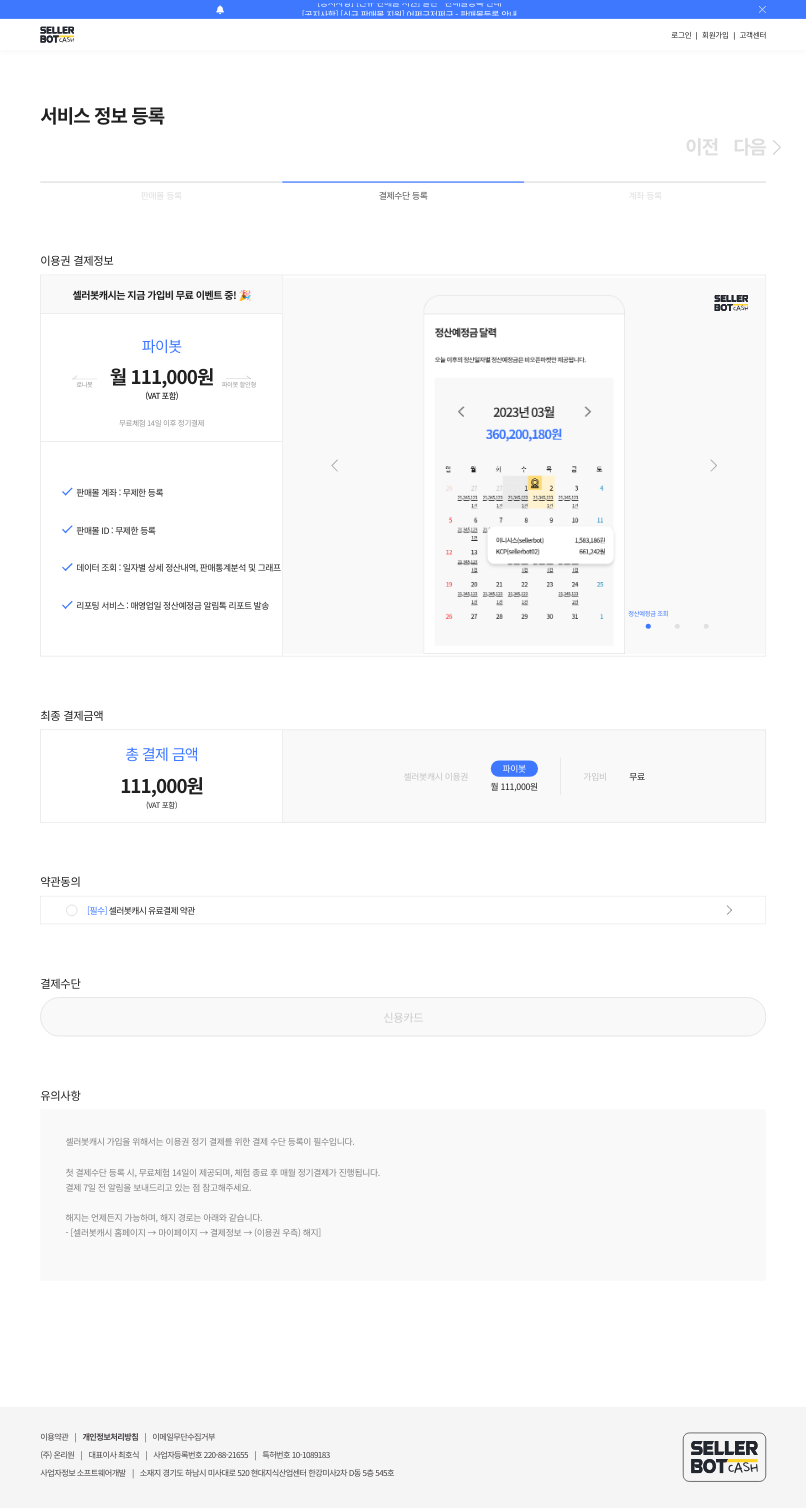
Repository: elemapfelr/ownServer
Page: test-server/web/sellerbot_signup/step_06.html
These files come from the project's save history. The page is drawn as it stood at one moment and after the next save; the edit follows.
The browser window is 1280 px wide. The pictures show the whole page, at 63% of full size.
Some web libraries are served in a nearby version. The style sheet was rebuilt from its Sass, Less or Tailwind sources for each picture, by a compiler version that may differ from the author's.

Above is the page before, as saved 2023-03-20 14:47:41.

### test-server/web/sellerbot_signup/step_06.html
<!DOCTYPE html>
<html lang="ko">

<head>
	<meta charset="UTF-8">
	<meta http-equiv="X-UA-Compatible" content="IE=edge">
	<meta name="viewport" content="width=device-width, initial-scale=1.0">
	<title>셀러봇캐시 회원가입</title>
	<link rel="stylesheet" href="./css/step_06.css">
	<script type="module" src="./js/common.js" defer></script>
	<script type="module" src="./js/step_06.js" defer></script>
	<script src="https://kit.fontawesome.com/133e10f389.js" crossorigin="anonymous"></script>
</head>

<body>
	<header>
		<div class="top">
			<div class="notification">
				<div class="text">
					<i class="fa-solid fa-bell"></i>
					<div class="notiWrap">
						<ul>
							<li>[공지사항] [신규 판매몰 지원] 발란 - 판매몰등록 안내</li>
							<li>[공지사항] [신규 판매몰 지원] 어쩌구저쩌구 - 판매몰등록 안내</li>
							<li>[공지사항] [신규 판매몰 지원] WIZWID - 판매몰등록 안내</li>
							<li>[공지사항] [신규 판매몰 지원] 29CM - 판매몰등록 안내</li>
						</ul>
					</div>
				</div>
				<button id="closeHeaderNoti"><img src="./img/xmark.svg" alt="xmark"></button>
			</div>
		</div>
		<div class="bottom">
			<div class="logo"><img src="./img/sellerbotLogo.svg" alt="sellerbot"></div>
			<div class="right">
				<button>로그인</button>
				<span></span>
				<button>회원가입</button>
				<span></span>
				<button>고객센터</button>
			</div>
		</div>
	</header>
	<main>
		<section>
			<button class="fixed2" id="prevStep">
				<span>이전</span>
			</button>
			<button class="fixed _70" id="nextStep">
				<span>다음</span>
				<img src="./img/rightArrow.svg" />
			</button>
			<article id="top">
				<div class="title">
					<h1>서비스 정보 등록</h1>
				</div>
				<div class="processBar">
					<div class="first step">
						<span class="line"></span>
						<p>판매몰 등록</p>
					</div>
					<div class="second step active">
						<span class="line"></span>
						<p>결제수단 등록</p>
					</div>
					<div class="third step">
						<span class="line"></span>
						<p>계좌 등록</p>
					</div>
				</div>
			</article>
			<article id="payInfo">
				<h2>이용권 결제정보</h2>
				<div class="flexBox">
					<div class="left">
						<div class="top">
							<h5>셀러봇캐시는 지금 가입비 무료 이벤트 중! 🎉</h5>
						</div>
						<div class="ticket_gallery">
							<ul>
								<li class="items">
									<div class="center">
										<h5 id="ticketName">파이봇</h5>
										<div class="flex">
											<div id="prevTicket" class="leftArrow">
												<img src="./img/step_05_rightArrow.svg" alt="left">
												<p id="prevTicketName">로니봇</p>
											</div>
											<div class="mid">
												<h4 id="ticketPrice">월 111,000원</h4>
												<small>(VAT 포함)</small>
											</div>
											<div id="nextTicket" class="rightArrow">
												<img src="./img/step_05_rightArrow.svg" alt="right">
												<p id="nextTicketName">파이봇 할인형</p>
											</div>
										</div>
										<span>무료체험 14일 이후 정기결제</span>
									</div>
									<div class="bottom">
										<div class="row">
											<span class="check"></span>
											<p>판매몰 계좌 : <mall-acc>무제한 등록</mall-acc>
											</p>
										</div>
										<div class="row">
											<span class="check"></span>
											<p>판매몰 ID : <mall-id>무제한 등록</mall-id>
											</p>
										</div>
										<div class="row">
											<span class="check"></span>
											<p>데이터 조회 : 일자별 상세 정산내역, 판매통계분석 및 그래프</p>
										</div>
										<div class="row">
											<span class="check"></span>
											<p>리포팅 서비스 : 매영업일 정산예정금 알림톡 리포트 발송</p>
										</div>
									</div>
								</li>
							</ul>
						</div>
					</div>
					<div class="right">
						<img class="logo" src="./img/sellerbotLogo.svg" alt="sellerbot">
						<div class="gallery">
							<ul>
								<li>
									<img src="./img/step_06_img_01.png" alt="01">
								</li>
								<li>
									<img src="./img/step_06_img_02.png" alt="02">
								</li>
								<li>
									<img src="./img/step_06_img_03.png" alt="03">
								</li>
							</ul>
						</div>
						<div class="arrowBtns">
							<div id="galleryLeft"><img src="./img/rightArrow.svg" alt="leftArrow"></div>
							<div id="galleryRight"><img src="./img/rightArrow.svg" alt="rightArrow"></div>
						</div>
						<ul class="bottomUl">
							<li class="active" data-text="정산예정금 조회"></li>
							<li data-text="판매 분석"></li>
							<li data-text="리포팅 서비스"></li>
						</ul>
					</div>
				</div>
			</article>
			<article id="totalPay">
				<h2>최종 결제금액</h2>
				<div class="flexBox">
					<div class="left">
						<h5>총 결제 금액</h5>
						<h4>111,000원</h4>
						<small>(VAT 포함)</small>
					</div>
					<div class="right">
						<div class="content">
							<p class="gray">셀러봇캐시 이용권</p>
							<div class="box">
								<div class="blue">파이봇</div>
								<p>월 111,000원</p>
							</div>
							<span class="line"></span>
							<p class="gray">가입비</p>
							<p>무료</p>
						</div>
					</div>
				</div>
			</article>
			<article id="terms">
				<h2>약관동의</h2>
				<div class="accordion">
					<div class="title">
						<div class="left">
							<div class="checkBoxDiv">
								<input type="checkbox" id="terms_01" class="chkBox">
								<label class="checkBox" for="terms_01"></label>
								<label class="text" for="terms_01" style="color:black;"></label>
							</div>
							<p class="text_checkBox"><b>[필수]</b> 셀러봇캐시 유료결제 약관</p>
						</div>
						<span><img src="./img/right-chevron.png" alt="right-chevron"></span>
					</div>
					<div class="panel">
						<div class="paddingBox">
							<pre id="termContent"></pre>
						</div>
					</div>
				</div>
			</article>
			<article id="payment">
				<h2>결제수단</h2>
				<button id="creditCard">신용카드</button>
			</article>
			<article id="caution">
				<h2>유의사항</h2>
				<div class="grayBox">
					<pre>셀러봇캐시 가입을 위해서는 이용권 정기 결제를 위한 결제 수단 등록이 필수입니다.

첫 결제수단 등록 시, 무료체험 14일이 제공되며, 체험 종료 후 매월 정기결제가 진행됩니다.
결제 7일 전 알림을 보내드리고 있는 점 참고해주세요.

해지는 언제든지 가능하며, 해지 경로는 아래와 같습니다.
- [셀러봇캐시 홈페이지 → 마이페이지 → 결제정보 → (이용권 우측) 해지]
                    </pre>
				</div>
			</article>
		</section>
	</main>
	<footer>
		<div class="footerWrap">
			<div class="left">
				<div class="row">
					<p class="footerTerms" id="footer_term_1">이용약관</p>
					<span>|</span>
					<p class="footerTerms" id="footer_term_2"><b>개인정보처리방침</b></p>
					<span>|</span>
					<p class="footerTerms" id="footer_term_3">이메일무단수집거부</p>
				</div>
				<div class="row flexWrap">
					<p>(주) 온리원</p>
					<span>|</span>
					<p>대표이사 최호식</p>
					<span>|</span>
					<p>사업자등록번호 220-88-21655</p>
					<span>|</span>
					<p>특허번호 10-1089183</p>
				</div>
				<div class="row flexWrap">
					<p>사업자정보 소프트웨어개발</p>
					<span>|</span>
					<p>소재지 경기도 하남시 미사대로 520 현대지식산업센터 한강미사2차 D동 5층 545호</p>
				</div>
			</div>
			<div class="right">
				<img src="./img/sellerbotLogo.svg" alt="sellerbot">
			</div>
		</div>
	</footer>
	<div class="bottomSticky">
		<div class="title">
			<div class="left">
				<div class="checkBoxDiv">
					<input type="checkbox" id="terms_01_1" class="chkBox">
					<label class="checkBox" for="terms_01_1"></label>
					<label class="text" for="terms_01_1" style="color:black;"></label>
				</div>
				<p class="text_checkBox"><b>[필수]</b> 셀러봇캐시 유료결제 약관</p>
			</div>
			<span>자세히보기</span>
		</div>
	</div>
</body>

</html>

### test-server/web/sellerbot_signup/css/scss/_common.scss
@charset "utf-8";
@import url('https://fonts.googleapis.com/css2?family=Noto+Sans+KR:wght@100;300;400;500;700;900&display=swap');

$blue: #3d78ff;

* {
	margin: 0;
	padding: 0;
	font-family: 'Noto Sans KR', sans-serif;
}

html {
	font-size: 16px;
	letter-spacing: -0.98px;
}

html,
body {
	width: 100%;
	height: auto;
}

ol,
ul,
li {
	list-style: none;
}

a {
	text-decoration: none;
	color: #000;
}

img {
	border: 0;
	display: block;
}

header,
main,
footer,
nav,
section,
article,
aside {
	display: block;
}


header {
	width: 100%;
	height: 80px;
	box-shadow: 0 3px 6px 0 rgba(190, 190, 190, 0.16);
	background-color: #fff;
	position: fixed;
	top: 0;
	z-index: 10;

	.top {
		width: 100%;
		height: auto;
		background-color: #3d78ff;
		padding: 5px 0 5px 0;

		// 20230317 수정 여기부터
		.notification {
			width: 90%;
			max-width: 1200px;
			margin: 0 auto;
			display: flex;
			align-items: center;
			justify-content: center;

			.text {
				width: 100%;
				display: flex;
				justify-content: center;
				align-items: center;

				i {
					color: white;
					font-size: 14px;
				}

				.notiWrap {
					width: 50%;
					position: relative;
					height: 20px;
					overflow: hidden;

					ul {
						width: 100%;
						height: auto;
						transition: all .3s;
						position: absolute;
						top: 0;
						left: 0;
					}

					li {
						width: 100%;
						font-size: 14px;
						letter-spacing: -0.53px;
						color: #fff;
						text-align: center;
						margin: 0 10px;
						white-space: nowrap;
						text-overflow: ellipsis;
						overflow: hidden;
					}
				}
			}
			// 20230317 수정 여기까지

			button {
				float: right;
				border: none;
				background: none;
				outline: none;
				filter: invert(100%);
				cursor: pointer;
			}
		}
	}

	.bottom {
		width: 90%;
		max-width: 1200px;
		margin: 0 auto;
		height: 50px;
		display: flex;
		align-items: center;
		justify-content: space-between;

		.right {
			display: flex;
			align-items: center;

			button {
				font-size: 12px;
				letter-spacing: -0.46px;
				color: #202020;
				border: none;
				background: none;
				outline: none;
				cursor: pointer;
			}

			span {
				width: 1px;
				height: 12px;
				background-color: #202020;
				margin: 0 8px;
				margin-top: 4px;
				display: block;
			}
		}
	}

	&.notiClose{
		height: 50px;

		.top{
			display: none;
		}
	}
}

main {
	width: 100%;
	height: auto;

	.fixed2 {
		background: none;
		border: none;
		outline: none;
		position: fixed;
		top: 210px;
		right: calc(5% + 100px);
		display: inline-flex;
		align-items: center;
		cursor: pointer;
		z-index: 1000;

		span {
			font-size: 30px;
			font-weight: bold;
			font-stretch: normal;
			font-style: normal;
			letter-spacing: -1.5px;
			text-align: right;
			color: #dedede;
			margin-bottom: 4px;
		}
	}

	.fixed {
		background: none;
		border: none;
		outline: none;
		position: fixed;
		top: 210px;
		right: 5%;
		display: inline-flex;
		align-items: center;
		z-index: 1000;
		cursor: pointer;

		span {
			font-size: 30px;
			font-weight: bold;
			font-stretch: normal;
			font-style: normal;
			letter-spacing: -1.5px;
			text-align: right;
			color: #dedede;
			margin-bottom: 4px;
		}

		img {
			filter: grayscale(100%) brightness(180%);
		}

		&.active {

			span {
				color: #3d78ff;
			}

			img {
				filter: none;
			}
		}
	}

	section {
		// margin-top: 80px;
		padding-top: 160px;

		article {
			width: 90%;
			max-width: 1200px;
			margin: 0 auto;

			input::placeholder {
				font-size: 12px;
				letter-spacing: -0.84px;
				color: #bbb;
			}
		}
	}
}

article#top {
	.title {
		display: flex;
		align-items: center;

		h1 {
			font-size: 30px;
			font-weight: bold;
			letter-spacing: -1.5px;
			color: #202020;
			margin-bottom: 4px;
		}

		span {
			font-size: 12px;
			font-weight: 500;
			letter-spacing: -0.6px;
			text-align: center;
			color: #3d78ff;
			padding: 4px 18px 5px 18px;
			border: 1px solid #3d78ff;
			border-radius: 20px;
			margin-left: 4px;
			cursor: pointer;
		}
	}

	.processBar {
		margin-top: 80px;
		display: flex;
		align-items: center;
		justify-content: space-between;

		.step {
			width: 33.3333%;

			span {
				width: 100%;
				display: block;
				height: 2px;
				background-color: #dedede;
			}

			p {
				margin-top: 10px;
				text-align: center;
				font-size: 14px;
				font-weight: 500;
				letter-spacing: -0.5px;
				color: #dedede;
			}

			&.active {
				span {
					background-color: $blue;
				}

				p {
					color: #505050;
				}
			}
		}
	}
}

// 20230317 추가 여기부터
footer{
	width: 100%;
	height: auto;
	padding: 37px 0;
	background-color: #f5f5f5;

	.footerWrap{
		width: 90%;
		max-width: 1200px;
		margin: 0 auto;
		display: flex;
		align-items: center;
		justify-content: space-between;

		.left{
			.row{
				margin-bottom: 10px;
				display: flex;
				align-items: center;

				.footerTerms{
					cursor: pointer;
				}

				p, span{
					font-size: 13px;
					font-weight: 500;
					letter-spacing: -0.91px;
					color: #474246;
				}
				span{
					margin: 0 10px;
				}
			}
		}

		.right{
			display: flex;
			align-items: center;
			justify-content: flex-end;

			img{
				width: 106px;
				height: auto;
				padding: 12px;
				border: 1px solid #202020;
				border-radius: 10px;
			}
		}
	}
}
// 20230317 추가 여기까지

.checkBoxDiv {
	transform-origin: left;
	display: inline-flex;
	align-items: center;
	cursor: pointer;

	label.checkBox {
		width: 16px;
		height: 16px;
		border: 1px solid darken(#e8e8e8, 10%);
		border-radius: 13px;
		position: relative;
		transition: cubic-bezier(0.075, 0.82, 0.165, 1) .2s;
		cursor: pointer;
		display: block;
	}

	input.chkBox {
		display: none;

		&:checked+label.checkBox {
			background-color: $blue;
			border: 1px solid $blue;

			&::before {
				content: '';
				position: absolute;
				top: 0px;
				left: 3px;
				width: 9px;
				height: 12px;
				box-shadow: inset 2px 2px white;
				transform: rotate(-135deg);
			}
		}
	}

	label.text {
		margin-left: .2rem;
		font-size: .9rem;
		cursor: pointer;
	}

	&.square {
		label.checkBox {
			width: 15px;
			height: 15px;
			border: 1px solid darken(#e8e8e8, 10%);
			background-color: #fff;
			border-radius: 1px;
			position: relative;
			transition: cubic-bezier(0.075, 0.82, 0.165, 1) .2s;
			cursor: pointer;
			display: block;
		}

		input.chkBox {
			display: none;

			&:checked+label.checkBox {
				background-color: $blue;
				border: 1px solid $blue;

				&::before {
					content: '';
					position: absolute;
					top: -1px;
					left: 2.5px;
					width: 9px;
					height: 12px;
					box-shadow: inset 2px 2px white;
					transform: rotate(-135deg);
				}
			}
		}
	}
}


@media only screen and (max-width: 1400px) {
	main {
		.fixed2 {
			right: 140px;
		}

		.fixed {
			right: 40px;
		}
	}
}

@media only screen and (max-width: 1200px) {

	article#top {
		.title {

			h1 {
				font-size: 26px;
				letter-spacing: -1.3px;
			}
		}

		.processBar {
			margin-top: 60px;

			.step {
				p {
					font-size: 12px;
				}
			}
		}
	}
}

@media only screen and (max-width: 900px) {
	// 20230317 수정 여기부터
	header {
		.top {
			.notification {
				.text {
					i {
						font-size: 14px;
					}
					.notiWrap {
						width: 90%;

						li {
							font-size: 12px;
							line-height: 20px;
						}
					}
				}
			}
		}
	}
	// 20230317 수정 여기까지

	main {
		.fixed2 {
			top: auto;
			left: 0;
			right: auto;
			bottom: 0;
			width: 30%;
			justify-content: center;
			background-color: #f0f0f0;
			z-index: 10;
			padding: 12px 0;

			span {
				display: block;
				text-align: center;
				font-size: 22px;
				color: #cecece;
			}
		}

		.fixed {
			top: auto;
			right: 0;
			bottom: 0;
			width: 100%;
			justify-content: center;
			background-color: #e8e8e8;
			z-index: 10;
			padding: 12px 0;

			&._70 {
				width: 70%;
			}

			span {
				display: block;
				text-align: center;
				font-size: 22px;
				color: #cecece;
			}

			img {
				display: none;
			}

			&.active {
				background-color: #3d78ff;

				span {
					color: white;
				}
			}
		}
	}

	// 20230317 수정 여기부터
	footer{
		padding: 30px 0;
		padding-bottom: 90px;

		.footerWrap{
			width: 100%;
			max-width: 1200px;
			margin: 0 auto;
			display: flex;
			align-items: center;
			justify-content: center;

			.left{
				.row{
					justify-content: space-around;
					margin-bottom: 0;

					p.footerTerms{
						margin-bottom: 10px;
					}

					&.flexWrap{
						flex-wrap: wrap;
						justify-content: center;
						p{
							margin: 0 20px;
							text-align: center;
							margin-bottom: 10px;
						}
					}

					span{
						display: none;
					}
				}
			}

			.right{
				display: none;
			}
		}
	}
	// 20230317 수정 여기까지
}

### test-server/web/sellerbot_signup/css/scss/_modal.scss
.modal {
	position: fixed;
	top: 0;
	left: 0;
	width: 100%;
	height: 100%;
	background-color: transparentize(#202020, .4);
	align-items: center;
	justify-content: center;
	z-index: 10000001;
	overflow: hidden;
	display: flex;
	padding: 0 30px;
	box-sizing: border-box;

	.layerPopup {
		width: fit-content;
		height: auto;
		margin: 0 auto;
		box-sizing: border-box;
		overflow: hidden;
		position: relative;

		.popupHead {
			width: 100%;
			height: 40px;
			display: flex;
			justify-content: right;
			align-items: flex-start;

			button {
				cursor: pointer;
				border: none;
				background: none;

				span {
					font-size: 16px;
					font-weight: 300;
					letter-spacing: -1.12px;
					text-align: left;
					color: #fff;
				}
			}
		}

		.popupBody {
			width: 100%;
			height: auto;
			background-color: white;
			max-height: 70vh;
			overflow-y: auto;
			overflow-x: hidden;

			&::-webkit-scrollbar {
                width: 12px;
                height: 12px;
            }

            &::-webkit-scrollbar-track {
                background-color: #fff;
                border: 1px solid #e2e2e2;
            }

            &::-webkit-scrollbar-thumb {
                background-color: #f2f2f2;
                border: 1px solid #e2e2e2;
            }

			h1{
				font-size: 24px;
				font-weight: bold;
				letter-spacing: -1.92px;
				text-align: center;
				color: #202020;
			}
		}

		.btnBox {
			width: 100%;
			height: auto;
			margin: 0 auto;
			display: flex;
			align-items: center;

			button {
				width: 100%;
				outline: none;
				padding: 15px 0;
				cursor: pointer;
				border: none;
				font-size: 16px;
				font-weight: 500;
				letter-spacing: -1.12px;
				text-align: center;
				color: #2e1e00;
				// background-color: ;
			}
		}
	}
}

Loaded but not shown: test-server/web/sellerbot_signup/js/step_06.js (131 lines, source omitted); test-server/web/sellerbot_signup/js/import/createElement.js (75 lines, source omitted); test-server/web/sellerbot_signup/js/import/modalShow.js (54 lines, source omitted); test-server/web/sellerbot_signup/js/common.js (18 lines, source omitted); test-server/web/sellerbot_signup/css/scss/step_06.scss (674 lines, source omitted)

After the next save:
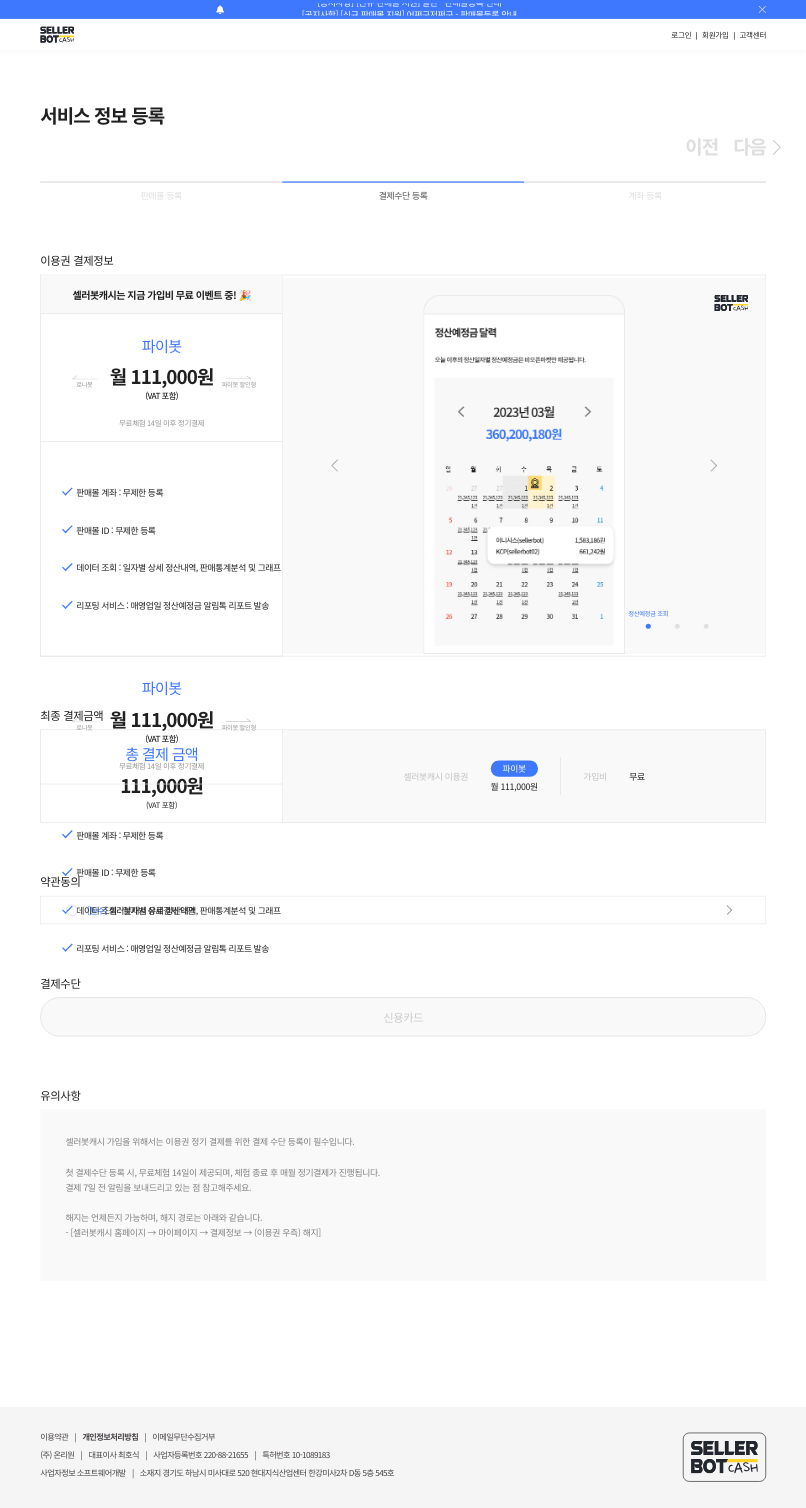
Saved 2 min 3 s later.
--- a/test-server/web/sellerbot_signup/step_06.html
+++ b/test-server/web/sellerbot_signup/step_06.html
@@ -118,6 +118,46 @@
 										</div>
 									</div>
 								</li>
+								<li class="items">
+									<div class="center">
+										<h5 id="ticketName">파이봇</h5>
+										<div class="flex">
+											<div id="prevTicket" class="leftArrow">
+												<img src="./img/step_05_rightArrow.svg" alt="left">
+												<p id="prevTicketName">로니봇</p>
+											</div>
+											<div class="mid">
+												<h4 id="ticketPrice">월 111,000원</h4>
+												<small>(VAT 포함)</small>
+											</div>
+											<div id="nextTicket" class="rightArrow">
+												<img src="./img/step_05_rightArrow.svg" alt="right">
+												<p id="nextTicketName">파이봇 할인형</p>
+											</div>
+										</div>
+										<span>무료체험 14일 이후 정기결제</span>
+									</div>
+									<div class="bottom">
+										<div class="row">
+											<span class="check"></span>
+											<p>판매몰 계좌 : <mall-acc>무제한 등록</mall-acc>
+											</p>
+										</div>
+										<div class="row">
+											<span class="check"></span>
+											<p>판매몰 ID : <mall-id>무제한 등록</mall-id>
+											</p>
+										</div>
+										<div class="row">
+											<span class="check"></span>
+											<p>데이터 조회 : 일자별 상세 정산내역, 판매통계분석 및 그래프</p>
+										</div>
+										<div class="row">
+											<span class="check"></span>
+											<p>리포팅 서비스 : 매영업일 정산예정금 알림톡 리포트 발송</p>
+										</div>
+									</div>
+								</li>
 							</ul>
 						</div>
 					</div>
